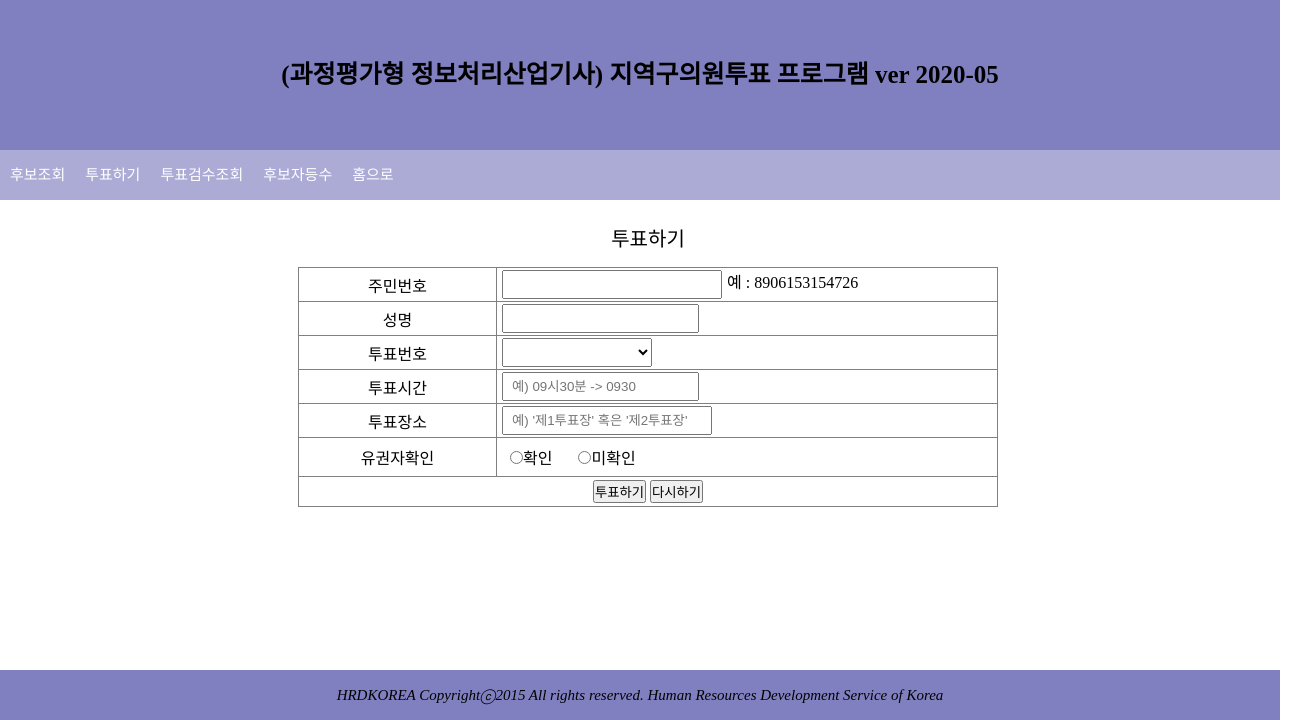
Repository: eunbiro/HRD_1236
Page: http://localhost/HRD_1235/add
The author's editor kept a copy of each file at every save. The page is drawn from the files as they stood at one save, then again after the next save.
The browser window is 1280 px wide. The page is 1296 px wide, so the pictures cover 1296 px, including what lies to the right of the window. The pictures show the whole page.
The page is served by Tomcat 9. Other server files are loaded and not shown.

Above is the page before, as saved 2022-12-22 07:57:01.

### HRD_1235/src/main/webapp/add.jsp
<%@ page language="java" contentType="text/html; charset=UTF-8"
    pageEncoding="UTF-8"%>
<!DOCTYPE html>
<html>
<head>
<meta charset="UTF-8">
<title>투표하기</title>
<link rel="stylesheet" href="style.css">
<script type="text/javascript" src="script.js"></script>
</head>
<body>
	<%@ include file="header.jsp" %>
	<section>
		<div class="title">투표하기</div>
		<form name="frm" action="insert">
			<div class="wrapper">
				<table>
					<tr>
						<td>주민번호</td>
						<td class="inp">
							<input type="text" name="jumin" />
							<a>예 : 8906153154726</a>
						</td>
					</tr>
					<tr>
						<td>성명</td>
						<td class="inp"><input type="text" name="name" /></td>
					</tr>
					<tr>
						<td>투표번호</td>
						<td class="inp">
							<select name="number">
								<option value="0"></option>
								<option value="1">[1] 김후보</option>
								<option value="2">[2] 이후보</option>
								<option value="3">[3] 박후보</option>
								<option value="4">[4] 조후보</option>
								<option value="5">[5] 최후보</option>
							</select>
						</td>
					</tr>
					<tr>
						<td>투표시간</td>
						<td class="inp"><input type="text" name="time" placeholder="예) 09시30분 -> 0930" /></td>
					</tr>
					<tr>
						<td>투표장소</td>
						<td class="inp"><input type="text" name="place"placeholder="예) '제1투표장' 혹은 '제2투표장'" /></td>
					</tr>
					<tr>
						<td>유권자확인</td>
						<td>
							<label><input type="radio" name="check" value="Y"/>확인</label>
							<label><input type="radio" name="check" value="N" />미확인</label>
						</td>
					</tr>
					<tr>
						<td colspan="2">
							<button class="btn" type="submit" onclick="fn_submit(); return false;">투표하기</button>
							<button class="btn" type="reset" onclick="fn_button();">다시하기</button>
						</td>
					</tr>

				</table>
			</div>
		</form>
	</section>
	<%@ include file="footer.jsp" %>
</body>
</html>

### HRD_1235/src/main/webapp/header.jsp
<%@ page language="java" contentType="text/html; charset=UTF-8"
    pageEncoding="UTF-8"%>
<!DOCTYPE html>
<html>
<head>
<meta charset="UTF-8">
<title>Insert title here</title>
</head>
<body>
	<header>(과정평가형 정보처리산업기사) 지역구의원투표 프로그램 ver 2020-05</header>
	<nav>
		<ul class="menu">
			<li><a href="list">후보조회</a></li>
			<li><a href="add">투표하기</a></li>
			<li><a href="result">투표검수조회</a></li>
			<li><a href="rank">후보자등수</a></li>
			<li><a href="home">홈으로</a></li>
		</ul>
	</nav>
</body>
</html>

### HRD_1235/src/main/webapp/footer.jsp
<%@ page language="java" contentType="text/html; charset=UTF-8"
    pageEncoding="UTF-8"%>
<!DOCTYPE html>
<html>
<head>
<meta charset="UTF-8">
<title>Insert title here</title>
</head>
<body>
	<footer>HRDKOREA Copyrightⓒ2015 All rights reserved. Human Resources Development Service of Korea</footer>
</body>
</html>

### HRD_1235/src/main/java/controller/VoteController.java
package controller;

import java.io.IOException;
import java.io.PrintWriter;

import javax.servlet.ServletException;
import javax.servlet.annotation.WebServlet;
import javax.servlet.http.HttpServlet;
import javax.servlet.http.HttpServletRequest;
import javax.servlet.http.HttpServletResponse;

import DAO.VoteDAO;

@WebServlet("/")
public class VoteController extends HttpServlet {
	private static final long serialVersionUID = 1L;

    public VoteController() {
        super();
    }

	protected void doGet(HttpServletRequest request, HttpServletResponse response) throws ServletException, IOException {
		request.setCharacterEncoding("UTF-8");
		doPro(request, response);
	}

	protected void doPost(HttpServletRequest request, HttpServletResponse response) throws ServletException, IOException {
		request.setCharacterEncoding("UTF-8");
		doPro(request, response);
	}

	protected void doPro(HttpServletRequest request, HttpServletResponse response) throws ServletException, IOException {
		String context = request.getContextPath();
		String command = request.getServletPath();
		String site = null;


		System.out.println(context + ", " + command);

		VoteDAO vote = new VoteDAO();

		switch(command) {
		case "/home" :
			site = "index.jsp";
			break;

		case "/list" :
			site = vote.list(request, response);
			break;

		case "/result" :
			site = vote.resultList(request, response);
			break;

		case "/rank" :
			site = vote.rank(request, response);
			break;

		case "/add" :
			site = "add.jsp";
			break;

		case "/insert" :
			int result = vote.insert(request, response);
			response.setContentType("text/html; charset=UTF-8");
			PrintWriter out = response.getWriter();

			if (result == 1) {
				out.println("<script>");
				out.println("alert('투표하기 정보가 정상적으로 등록 되었습니다!'); location.href='home';");
				out.println("</script>");
				out.flush();
			} else {
				out.println("<script>");
				out.println("alert('등록실패!'); location.href='add';");
				out.println("</script>");
				out.flush();
			}
			break;
		}

		getServletContext().getRequestDispatcher("/" + site)
		.forward(request, response);
	}

}

### HRD_1235/src/main/java/DAO/VoteDAO.java
package DAO;

import java.io.IOException;
import java.sql.Connection;
import java.sql.DriverManager;
import java.sql.PreparedStatement;
import java.sql.ResultSet;
import java.util.ArrayList;
import java.util.List;

import javax.servlet.ServletException;
import javax.servlet.http.HttpServletRequest;
import javax.servlet.http.HttpServletResponse;

import DTO.Member;
import DTO.Vote;

public class VoteDAO {

	Connection conn = null;
	PreparedStatement ps = null;
	ResultSet rs = null;

	public static Connection getConnection() throws Exception {
		Class.forName("oracle.jdbc.OracleDriver");
		Connection con = DriverManager.getConnection
				("jdbc:oracle:thin:@//localhost:1521/xe","system","sys1234");
		return con;
	}

	public String rank(HttpServletRequest request, HttpServletResponse response) throws ServletException, IOException {
		List<Member> list = new ArrayList<Member>();

		try {
			conn = getConnection();

			ps = conn.prepareStatement("SELECT A.M_NO, A.M_NAME, "
					+ "(SELECT COUNT(B.M_NO) COUNT "
					+ "FROM TBL_VOTE_202005 B "
					+ "WHERE A.M_NO = B.M_NO AND B.V_CONFIRM = 'Y') COUNT "
					+ "FROM TBL_MEMBER_202005 A");

			rs = ps.executeQuery();

			while (rs.next()) {
				Member member = new Member();

				member.setNo(Integer.parseInt(rs.getString(1)));
				member.setName(rs.getString(2));
				member.setCount(rs.getString(3));

				list.add(member);
			}

			request.setAttribute("list", list);

			conn.close();
			ps.close();
			rs.close();
		} catch (Exception e) {
			e.printStackTrace();
		}

		return "rank.jsp";
	}

	public String resultList(HttpServletRequest request, HttpServletResponse response) throws ServletException, IOException {
		List<Vote> list = new ArrayList<Vote>();

		try {
			conn = getConnection();
			ps = conn.prepareStatement("SELECT V_NAME, "
					+ "'19' || SUBSTR(V_JUMIN, 1, 2) || '년' || SUBSTR(V_JUMIN, 3, 2) || '월' ||  SUBSTR(V_JUMIN, 5, 2) || '일생' V_JUMIN, "
					+ "SUBSTR(V_JUMIN, 1, 2) AGE, DECODE(SUBSTR(V_JUMIN, 7, 1), '1', '남', '2', '여') S, "
					+ "M_NO, SUBSTR(V_TIME, 1, 2) || ':' || SUBSTR(V_TIME, 3, 2) V_TIME, "
					+ "DECODE(V_CONFIRM, 'Y', '확인', 'N', '미확인') V_CONFIRM "
					+ "FROM TBL_VOTE_202005 "
					+ "WHERE V_AREA = '제1투표장'");

			rs = ps.executeQuery();

			while(rs.next()) {
				Vote vote = new Vote();

				vote.setName(rs.getString(1));
				vote.setJumin(rs.getString(2));
				String age = String.valueOf(2020 - Integer.parseInt("19" + rs.getString(3)));
				vote.setAge(age);
				vote.setSex(rs.getString(4));
				vote.setNo(rs.getString(5));
				vote.setTime(rs.getString(6));
				vote.setConfirm(rs.getString(7));

				list.add(vote);
			}

			request.setAttribute("list", list);

			conn.close();
			ps.close();
			rs.close();
		} catch (Exception e) {
			e.printStackTrace();
		}

		return "result.jsp";

	}


	public String list(HttpServletRequest request, HttpServletResponse response) throws ServletException, IOException {
		List<Member> list = new ArrayList<Member>();

		try {
			conn = getConnection();
			ps = conn.prepareStatement("SELECT A.M_NO, A.M_NAME, B.P_NAME, "
					+ "DECODE(P_SCHOOL, '1', '고졸', '2', '학사', '3', '석사', '박사') P_SCHOOL, "
					+ "SUBSTR(A.M_JUMIN, 1, 6) || '-' || SUBSTR(A.M_JUMIN, 7) M_JUMIN, "
					+ "A.M_CITY, SUBSTR(B.P_TEL1, 1, 2) || '-' || B.P_TEL2 || '-'  AS P_TEL, B.P_TEL3 "
					+ "FROM TBL_MEMBER_202005 A, TBL_PARTY_202005 B "
					+ "WHERE A.P_CODE = B.P_CODE");
			rs = ps.executeQuery();

			while (rs.next()) {
				Member member = new Member();

				member.setNo(rs.getInt(1));
				member.setName(rs.getString(2));
				member.setCode(rs.getString(3));
				member.setSchool(rs.getString(4));
				member.setJumin(rs.getString(5));
				member.setCity(rs.getString(6));
				member.setTel(rs.getString(7));

				switch (Integer.parseInt(rs.getString(8))%10) {
				case 1:
					member.setTel("1111");
					break;
				case 2:
					member.setTel("2222");
					break;
				case 3:
					member.setTel("3333");
					break;
				case 4:
					member.setTel("4444");
					break;
				case 5:
					member.setTel("5555");
					break;
				}

				list.add(member);
			}

			request.setAttribute("list", list);
			conn.close();
			ps.close();
			rs.close();
		} catch (Exception e) {
			e.printStackTrace();
		}
		return "list.jsp";
	}



	public int insert(HttpServletRequest request, HttpServletResponse response) throws ServletException, IOException {
		String jumin = request.getParameter("jumin");
		String name = request.getParameter("name");
		String number = request.getParameter("number");
		String time = request.getParameter("time");
		String place = request.getParameter("place");
		String check = request.getParameter("check");

		int result = 0;

		System.out.println(name + ", " + number + ", " + check);

		try {
			conn = getConnection();
			String sql = "INSERT INTO TBL_VOTE_202005 VALUES (?, ?, ?, ?, ?, ?)";
			ps = conn.prepareStatement(sql);

			ps.setString(1, jumin);
			ps.setString(2, name);
			ps.setString(3, number);
			ps.setString(4, time);
			ps.setString(5, place);
			ps.setString(6, check);

			result = ps.executeUpdate();
			System.out.println(result);

			conn.close();
			ps.close();

		} catch (Exception e) {
			e.printStackTrace();
		}

		return result;
	}
}

### HRD_1235/src/main/webapp/style.css
@charset "UTF-8";

* {
	margin: 0;
	padding: 0;
}

a {
	text-decoration: none;
	color: #fff;
}

header {
	width: 100%;
	height: 150px;
	line-height: 150px;
	background: #8080c0;
	font-size: 25px;
	text-align: center;
	font-weight: 900;
}

.menu {
	display: flex;
	list-style: none;
	width: 100%;
	background: #ababd6;
}

.menu li {
	margin: 5px;
	padding: 5px;
	height: 30px;
	line-height: 30px;
	font-size: 15px;
}

section {
	width: 100%;
	height: 100%;
	padding: 8px;
}

.title {
	width: 100%;
	margin: 15px 0;
	font-size: 20px;
	text-align: center;
	font-weight: 500;
}

.wrapper {
	display: flex;
	justify-content: center;
	align-items: center;
	text-align: center;
}

table {
	width: 700px;
}

table, tr, td, th {
	border: 1px solid gray;
	border-collapse: collapse;
}

table tr {
	height: 30px;
}

td > input, td select, td label {
	float: left;
	padding: 5px 8px;
	margin: 2px 5px;
}

.inp {
	width: 500px;
}

td select {
	width: 150px;
}

td input[name=jumin] {
	width: 200px;
}

td input[name=place] {
	width: 190px;
}

td a {
	float: left;
	color: #000000;
	height: 30px;
	line-height: 30px;
}



footer {
	position: fixed;
	width: 100%;
	height: 50px;
	line-height: 50px;
	bottom: 0;
	background: #8080c0;
	font-size: 15px;
	font-style: italic;
	text-align: center;
}

### HRD_1235/src/main/webapp/script.js
function fn_button() {
	var fn = document.frm;
	if (alert("정보를 지우고 처음부터 다시 입력합니다!")) {
		fn.jumin.focus();
	}

}


function fn_submit() {
	var fn = document.frm;

	if (fn.jumin.value == "") {
		alert("주민번호가 입력되지 않았습니다!");
		fn.jumin.focus();
		return false;
	}

	if (fn.name.value == "") {
		alert("성명이 입력되지 않았습니다!");
		fn.name.focus();
		return false;
	}

	if (fn.number.value == "" || fn.number.value == 0) {
		alert("후보번호가 선택되지 않았습니다!");
		fn.number.focus();
		return false;
	}

	if (fn.time.value == "") {
		alert("투표시간이 입력되지 않았습니다!");
		fn.time.focus();
		return false;
	}

	if (fn.place.value == "") {
		alert("투표장소가 입력되지 않았습니다!");
		fn.place.focus();
		return false;
	}

	if (fn.check.value == "") {
		alert("유권자확인이 선택되지 않았습니다!");
		fn.jumin.focus();
		return false;
	}

	fn.submit();
}

After the next save:
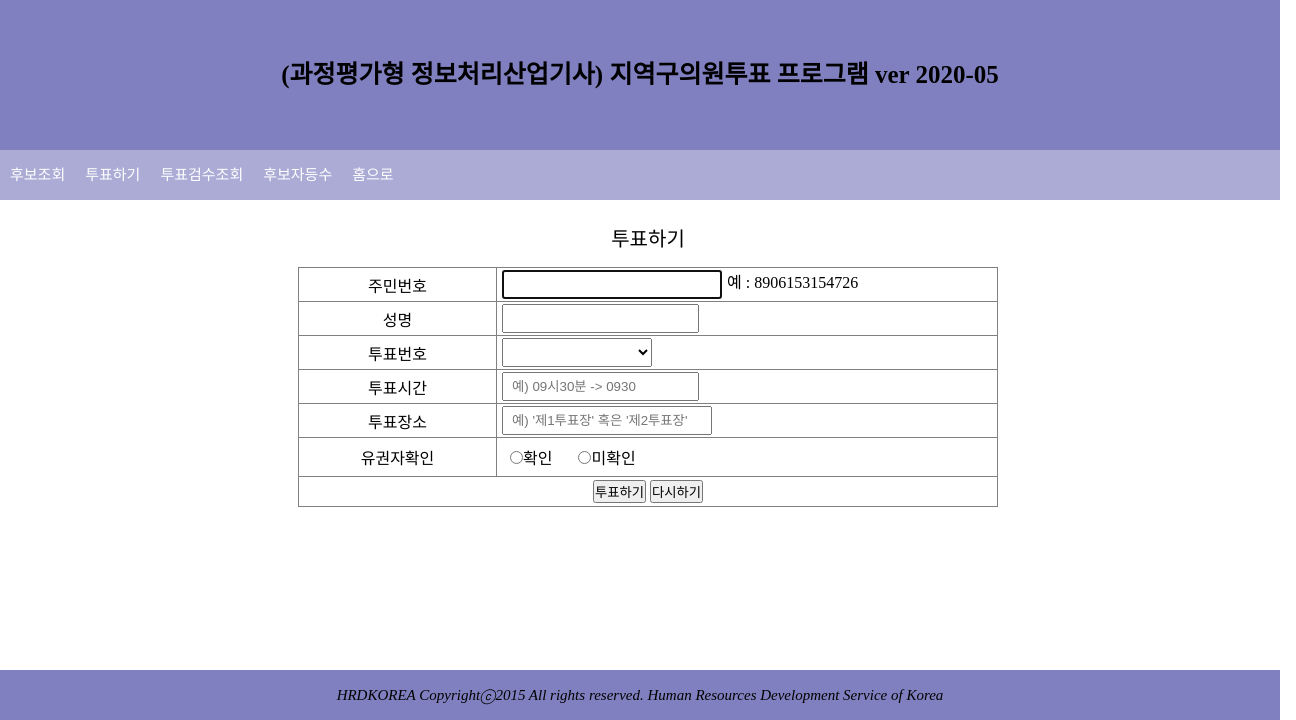
Saved 109 s later.
--- a/HRD_1235/src/main/webapp/add.jsp
+++ b/HRD_1235/src/main/webapp/add.jsp
@@ -57,7 +57,7 @@
 					<tr>
 						<td colspan="2">
 							<button class="btn" type="submit" onclick="fn_submit(); return false;">투표하기</button>
-							<button class="btn" type="reset" onclick="fn_button();">다시하기</button>
+							<button class="btn" type="reset" onclick="fn_button();">다시하기</button><script type="text/javascript">var fn = document.frm; fn.jumin.focus();</script>
 						</td>
 					</tr>
 

After the 2 saves that followed:
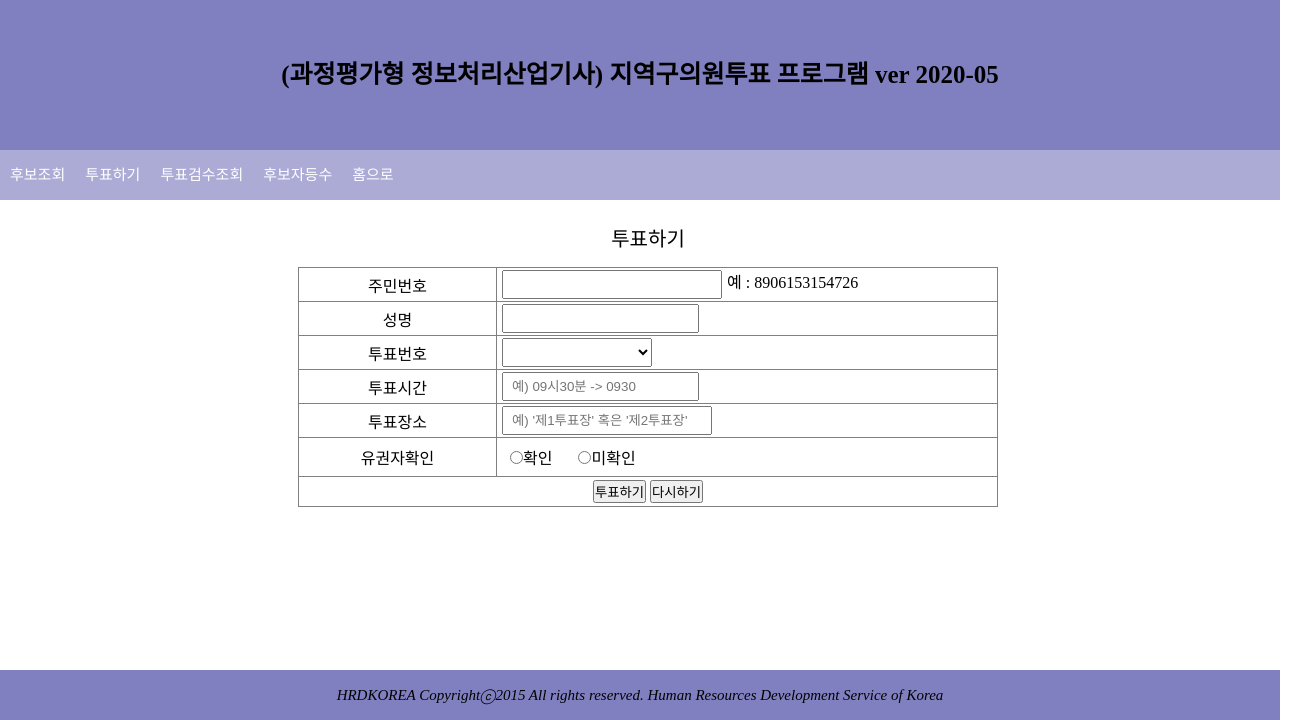
The 2 saves are shown as one change because 1 left the picture as it was.
The last was saved 82 s later.
--- a/HRD_1235/src/main/webapp/add.jsp
+++ b/HRD_1235/src/main/webapp/add.jsp
@@ -57,7 +57,7 @@
 					<tr>
 						<td colspan="2">
 							<button class="btn" type="submit" onclick="fn_submit(); return false;">투표하기</button>
-							<button class="btn" type="reset" onclick="fn_button();">다시하기</button><script type="text/javascript">var fn = document.frm; fn.jumin.focus();</script>
+							<button class="btn" type="reset" onclick="fn_button(); location='add';">다시하기</button>
 						</td>
 					</tr>
 
